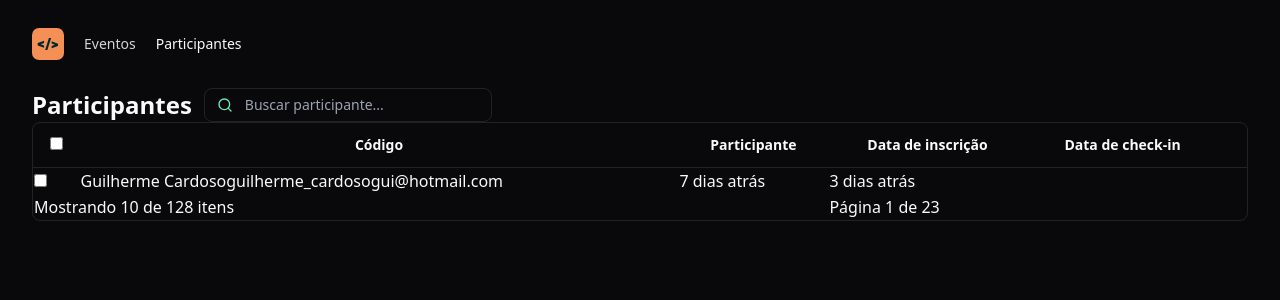
Repository: guilhermecardoso93/nlw-unite-react-2024
Page: /
An editor plug-in stored every save of this project. The page is shown before and after the next save, followed by the edit.
The browser window is 1280 px wide. The pictures show the whole page.
The project was rebuilt for these pictures with package versions that can differ from the ones it lists, and the page was loaded fresh each time. Also part of the build but not shown: vite.config.ts.

Above is the page before, as saved 2024-04-01 21:42:51.

### src/App.tsx
import { Header } from "./components/header";
import { AttendeeList } from "./components/attendee-list";

export function App() {

  return (
    <div className="max-w-[1216px] mx-auto py-5 flex flex-col gap-5">
      <Header />
      <AttendeeList />
    </div>
  )
}

### src/components/header.tsx
import Logo from "../assets/nlw-unite-icon.svg";

export function Header() {
  return (
    <div className="flex items-center gap-5 py-2">
      <img src={Logo} alt="logo" />

      <nav className="flex items-center gap-5">
        <a href="" className="font-medium text-sm text-zinc-300">Eventos</a>
        <a href="" className="font-medium text-sm">Participantes</a>
      </nav>
    </div>
  );
}

### src/components/attendee-list.tsx
import { Search } from "lucide-react";

//ChevronLeft,  ChevronRight,  ChevronsLeft,  ChevronsRight,  MoreHorizontal,

export function AttendeeList() {
  return (
    <div>
      <div className="flex gap-3 items-center">
        <h1 className="text-2xl font-bold">Participantes</h1>
        <div className="px-3 py-1.5 border border-white/10 rounded-lg text-sm w-72 flex items-center gap-3">
          <Search className="size-4 text-emerald-300" />
          <input
            placeholder="Buscar participante..."
            className="bg-transparent flex-1 outline-none"
          />
        </div>
      </div>

      <div className="border border-white/10 rounded-lg">
        <table className="w-full  ">
          <thead>
            <tr className="border-b border-white/10">
              <th className="py-3 px-2.5 text-sm font-semibold">
                <input type="checkbox" />
              </th>
              <th className="py-3 px-2.5 text-sm font-semibold">Código</th>
              <th className="py-3 px-2.5 text-sm font-semibold">
                Participante
              </th>
              <th className="py-3 px-2.5 text-sm font-semibold">
                Data de inscrição
              </th>
              <th className="py-3 px-2.5 text-sm font-semibold">
                Data de check-in
              </th>
              <th className="py-3 px-2.5 text-sm font-semibold"></th>
            </tr>
          </thead>
          <tbody>
            <tr>
              <td>
                <input type="checkbox" />
              </td>
              <td>
                <div>
                  <span>Guilherme Cardoso</span>
                  <span>guilherme_cardosogui@hotmail.com</span>
                </div>
              </td>
              <td>7 dias atrás</td>
              <td>3 dias atrás</td>
              <td></td>
            </tr>
          </tbody>
          <tfoot>
            <tr>
              <td colSpan={3}>Mostrando 10 de 128 itens</td>
              <td colSpan={3}>Página 1 de 23</td>
            </tr>
          </tfoot>
        </table>
      </div>
    </div>
  );
}

### tailwind.config.js
/** @type {import('tailwindcss').Config} */
export default {
  content: [
    "./index.html",
    "./src/**/*.{js,ts,jsx,tsx}"
  ],
  theme: {
    extend: {},
  },
  plugins: [
    //require('@tailwindcss/forms')
  ],
}

Loaded but not shown: index.html (common file); src/main.tsx (common file); src/index.css (common file)

After the next save:
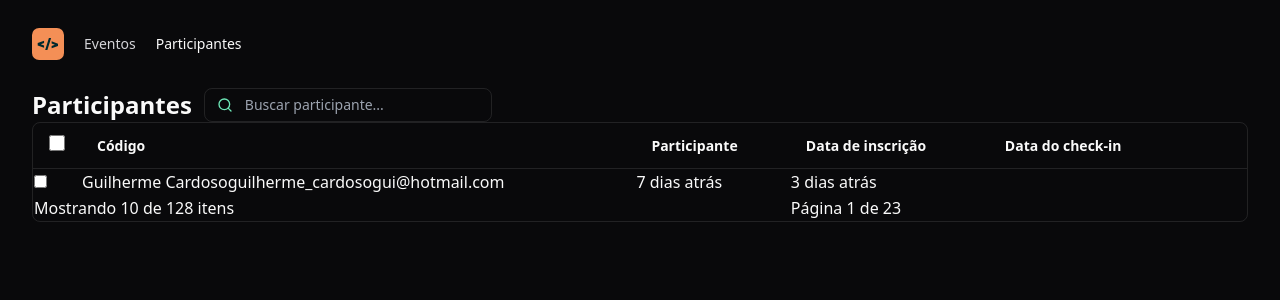
Saved 3 min 43 s later.
--- a/src/components/attendee-list.tsx
+++ b/src/components/attendee-list.tsx
@@ -18,22 +18,26 @@ export function AttendeeList() {
 
       <div className="border border-white/10 rounded-lg">
         <table className="w-full  ">
-          <thead>
+        <thead>
             <tr className="border-b border-white/10">
-              <th className="py-3 px-2.5 text-sm font-semibold">
-                <input type="checkbox" />
+              <th
+                style={{ width: 48 }}
+                className="py-3 px-4 text-sm font-semibold text-left"
+              >
+                <input type="checkbox" className="size-4 bg-black/20 rounded border border-white/10" />
               </th>
-              <th className="py-3 px-2.5 text-sm font-semibold">Código</th>
-              <th className="py-3 px-2.5 text-sm font-semibold">
-                Participante
-              </th>
-              <th className="py-3 px-2.5 text-sm font-semibold">
+              <th className="py-3 px-4 text-sm font-semibold text-left">Código</th>
+              <th className="py-3 px-4 text-sm font-semibold text-left">Participante</th>
+              <th className="py-3 px-4 text-sm font-semibold text-left">
                 Data de inscrição
               </th>
-              <th className="py-3 px-2.5 text-sm font-semibold">
-                Data de check-in
+              <th className="py-3 px-4 text-sm font-semibold text-left">
+                Data do check-in
               </th>
-              <th className="py-3 px-2.5 text-sm font-semibold"></th>
+              <th
+                style={{ width: 64 }}
+                className="py-3 px-4 text-sm font-semibold text-left"
+              ></th>
             </tr>
           </thead>
           <tbody>
